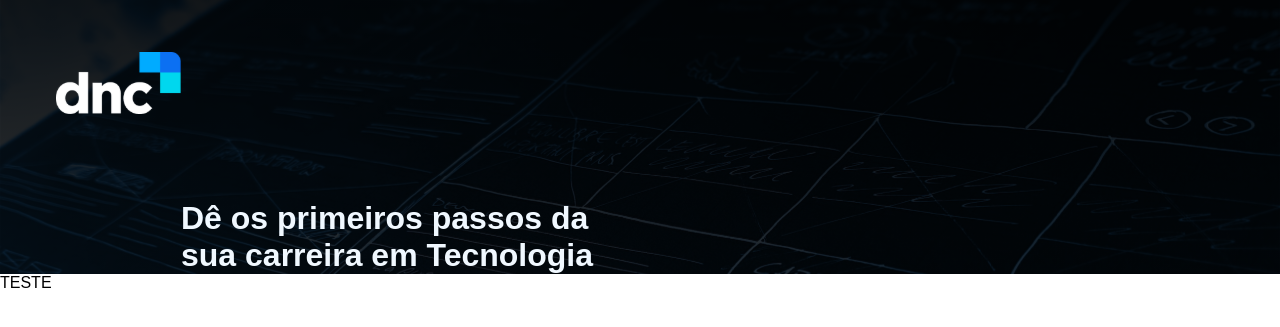
Repository: kleber-goncalves/Landing-Page-dnc
Page: src/index.html
The author's editor kept a copy of each file at every save. The page is drawn from the files as they stood at one save, then again after the next save.
The browser window is 1280 px wide. The pictures show the whole page.

Above is the page before, as saved 2024-12-09 19:39:45.

After the next save:
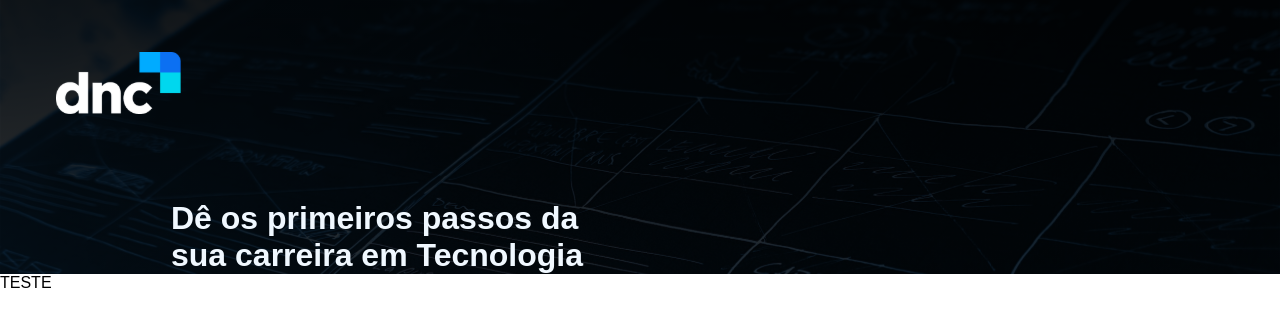
Saved 4 s later.
--- a/src/style.css
+++ b/src/style.css
@@ -23,6 +23,6 @@
 
 #titulo {
   display: flex;
-  margin-left: -px;
+  margin-left: -10px;
   margin-top: 200px;
 }
